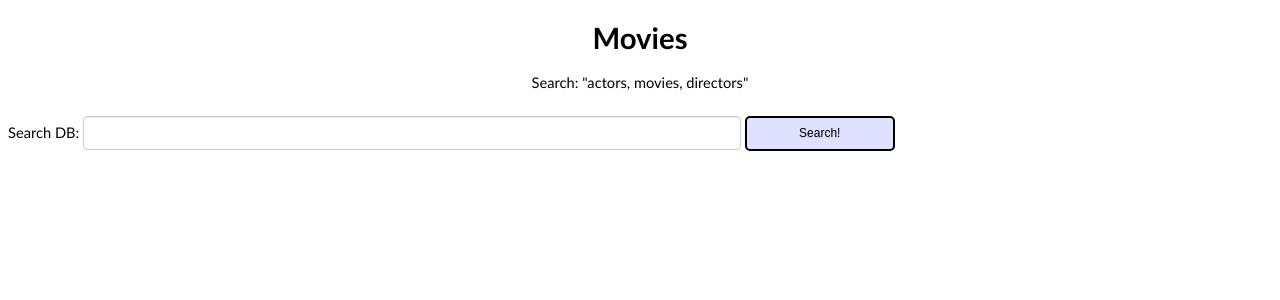
Repository: mxd369/webprogramming2
Page: project2Movies/WebContent/movie.html
These files come from the project's save history. The page is drawn as it stood at one moment and after the next save; the edit follows.
The browser window is 1280 px wide. The pictures show the whole page.

Above is the page before, as saved 2017-03-01 15:44:12.

After the next save:
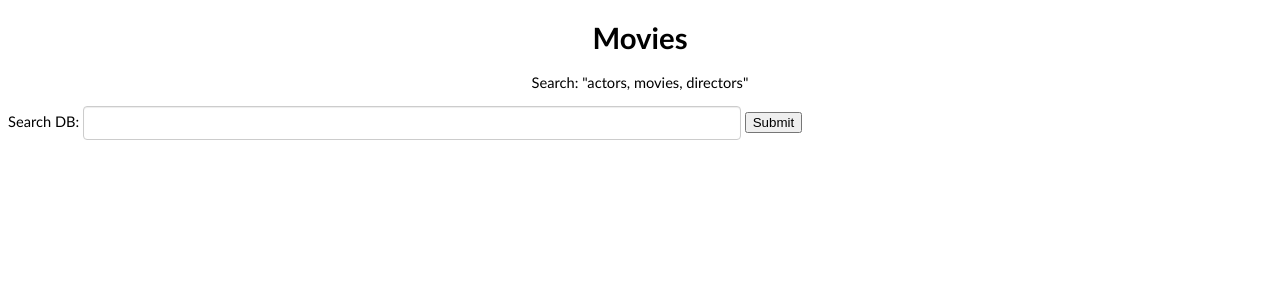
Saved 81 s later.
--- a/project2Movies/WebContent/movie.html
+++ b/project2Movies/WebContent/movie.html
@@ -13,7 +13,10 @@
 	<form action="servlet" method="post">
 		<label for="nt">Search DB:</label>
 		<input type="textField" name="value1" id="nt" class="textcl" />
+		<input type="submit">
+		<!--
 		<button name="" value="" class="btn">Search!</button>
+		-->
 	</form>
 
 <!--
